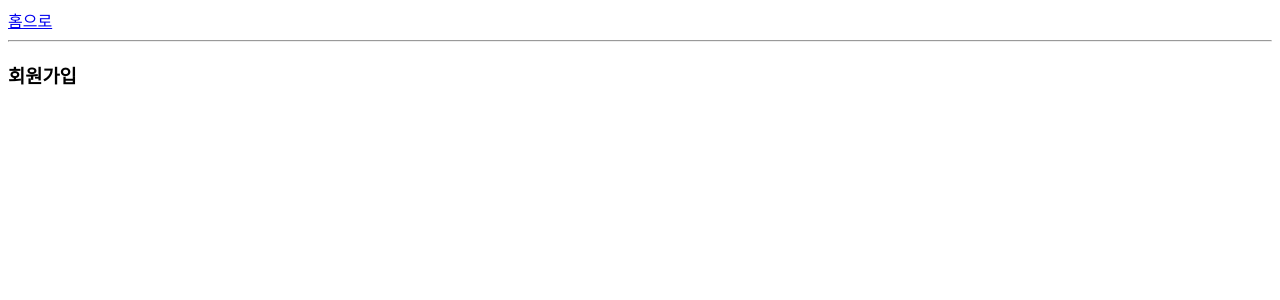
Repository: linklifejo/study_web
Page: http://localhost/servlet02/member/join.jsp
These files come from the project's save history. The page is drawn as it stood at one moment and after the next save; the edit follows.
The browser window is 1280 px wide. The pictures show the whole page.
The page is served by Tomcat 9.

Above is the page before, as saved 2023-02-06 04:03:02.

After the next save:
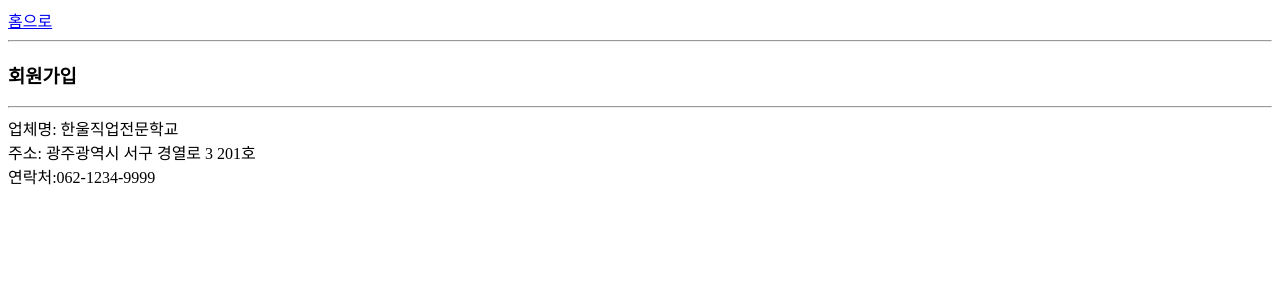
Saved 77 s later.
--- a/servlet02/src/main/webapp/member/join.jsp
+++ b/servlet02/src/main/webapp/member/join.jsp
@@ -10,5 +10,6 @@
 <div><a href='../'>홈으로</a></div>
 <hr>
 <h3>회원가입</h3>
+<%@ include file='../include/footer.jsp' %>
 </body>
 </html>
